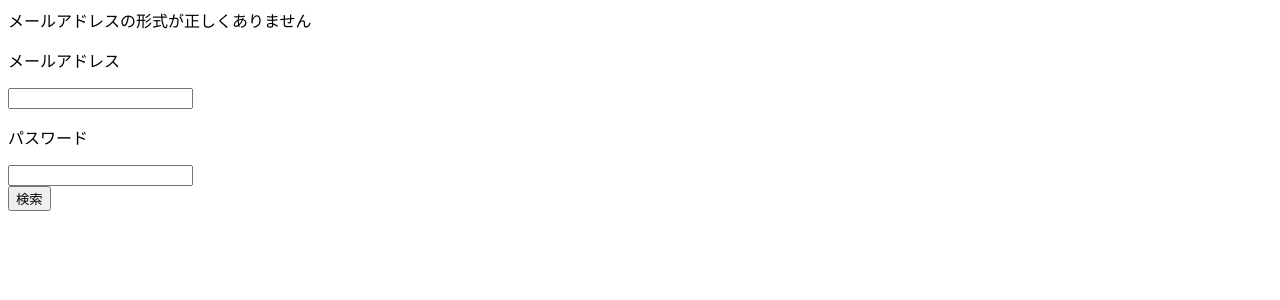
Repository: kawahito05-work/dc_work_nakano_kawahito_php
Page: http://localhost/htdocs/php17/practice_preg_match_intermediate.php
The author's editor kept a record of every edit. The page is drawn from the files as they stood at one moment, then again after the next edit.
The browser window is 1280 px wide. The pictures show the whole page.
The page is run by PHP 8.4 with error messages shown; the project is at /var/www/html/.

Above is the page before.

After the next edit:
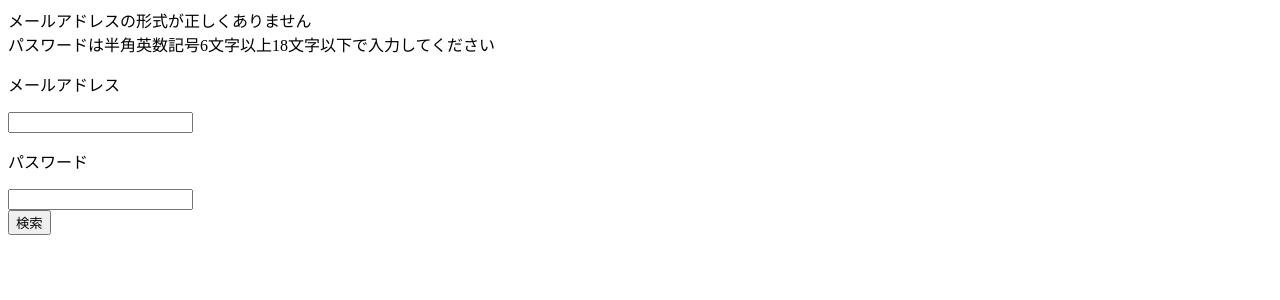
The edit:
--- a/htdocs/php17/practice_preg_match_intermediate.php
+++ b/htdocs/php17/practice_preg_match_intermediate.php
@@ -30,7 +30,9 @@
 }
 if (preg_match($regexp_address, $address) !== 1) {
     $address_err = 'メールアドレスの形式が正しくありません<br>';
-} else if (preg_match($regexp_password, $password) !== 1) {
+}
+
+if (preg_match($regexp_password, $password) !== 1) {
     $password_err = 'パスワードは半角英数記号6文字以上18文字以下で入力してください';
 }
 
